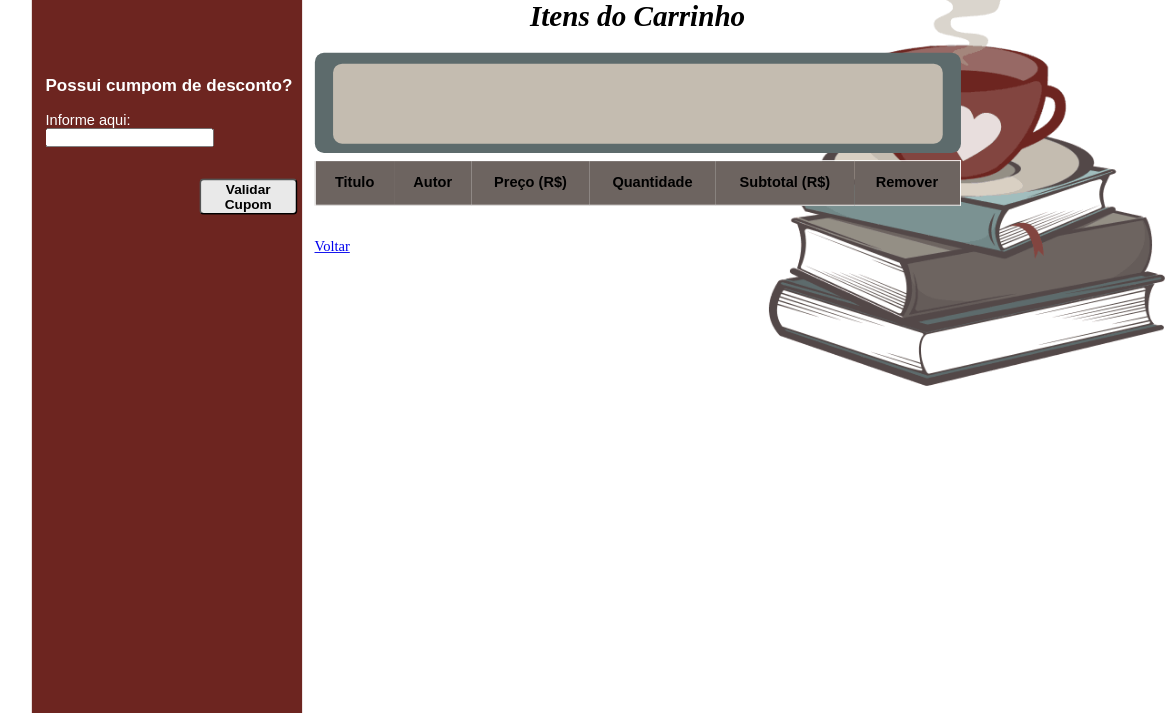
Repository: gabriellacrystina/ProjetoTegra
Page: http://localhost/book-store/meuCarrinho.jsp
An editor plug-in stored every save of this project. The page is shown before and after the next save, followed by the edit.
The browser window is 1280 px wide. The pictures show the whole page, at 91% of full size.
The page is served by Tomcat 9. Nobody is signed in. The application's start-up code is not run. The template is opened directly, without the code that normally fills it, so the values that code supplies are empty.

Above is the page before, as saved 2016-07-07 22:30:27.

After the next save:
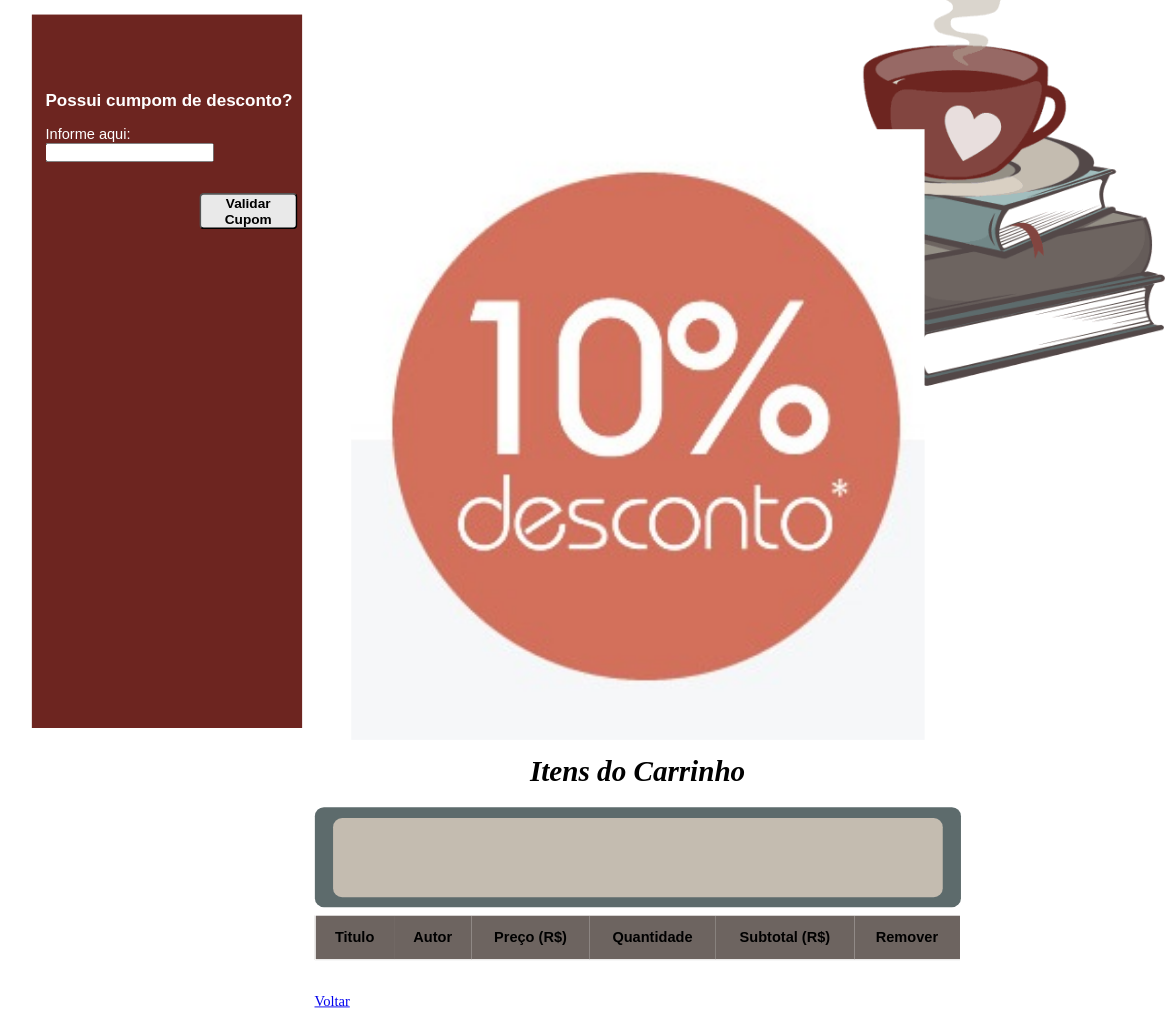
Saved 3 min 18 s later.
--- a/book-store/WebContent/meuCarrinho.jsp
+++ b/book-store/WebContent/meuCarrinho.jsp
@@ -18,6 +18,9 @@
 				<br>
 				<button class="btn btn-validarCumpom" type="submit">Validar Cupom</button>
 			</section>
+			<figure>
+				<img id="img-desconto" src="desconto.jpg" />
+			</figure>
 
 			<h1>Itens do Carrinho</h1>
 
